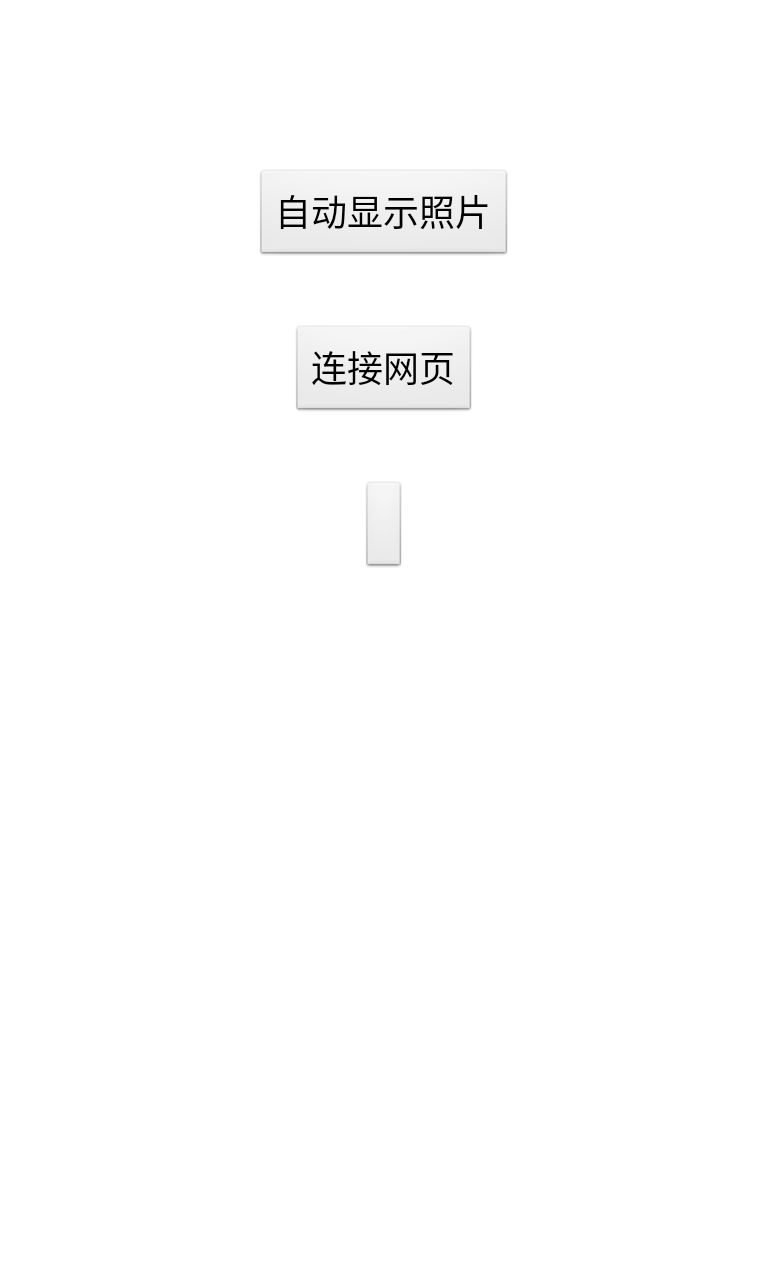
Repository: FreyrChen/tucan_Linux_practice
Layout: 4_Android_program/AirSync/res/layout/activity_main.xml
These files come from the project's save history. The layout is drawn as it stood at one moment and after the next save; the edit follows.
It is drawn on a 768 x 1280 px phone screen (xhdpi) without system bars, with theme AppTheme; the app's code is not run.

Above is the layout before, as saved 2013-01-01 09:45:53.

After the next save:
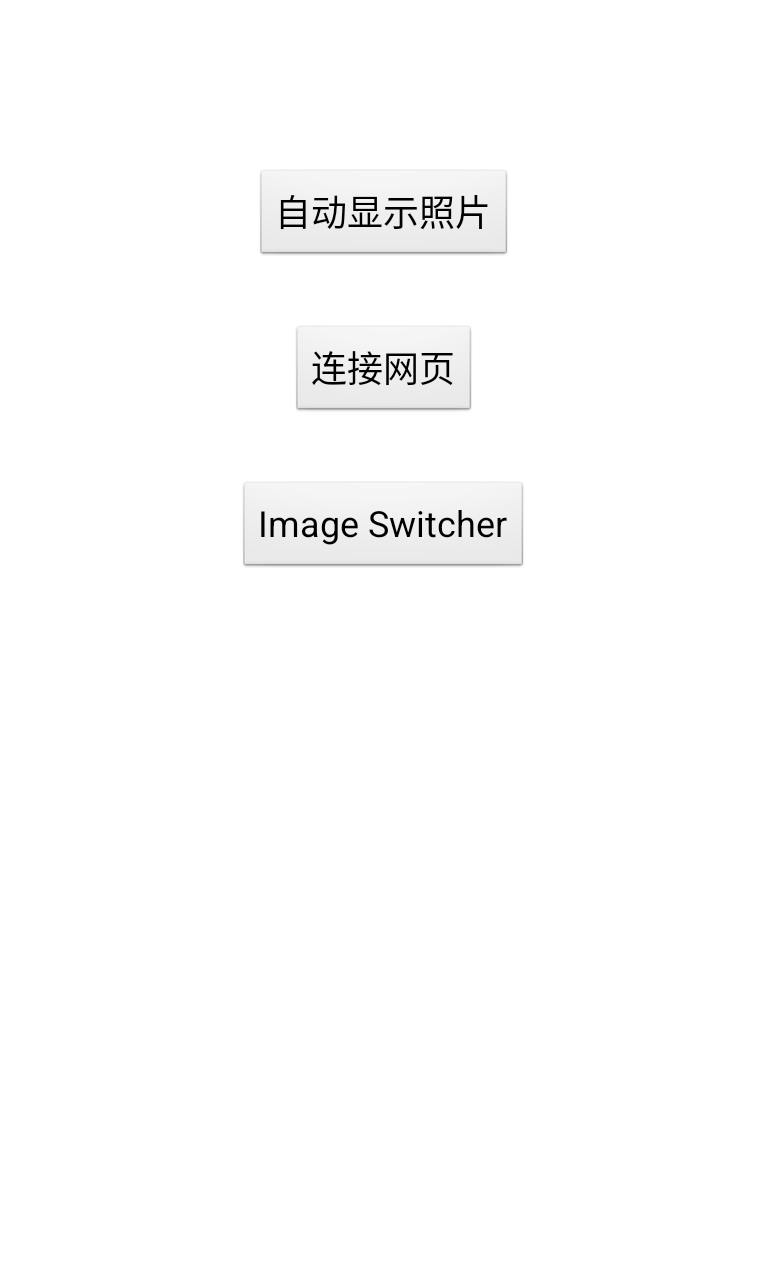
Saved 13 s later.
--- a/4_Android_program/AirSync/res/layout/activity_main.xml
+++ b/4_Android_program/AirSync/res/layout/activity_main.xml
@@ -50,7 +50,7 @@
 	 	android:layout_width="wrap_content"
 	 	android:layout_height="wrap_content"
 	 	android:textSize="18sp"
-	 	android:text="@+id/image_switcher_button"
+	 	android:text="@string/image_switcher"
 	    android:layout_marginTop="30dp"
 	    android:layout_gravity="center_horizontal"
 	    android:layout_centerHorizontal="true"
